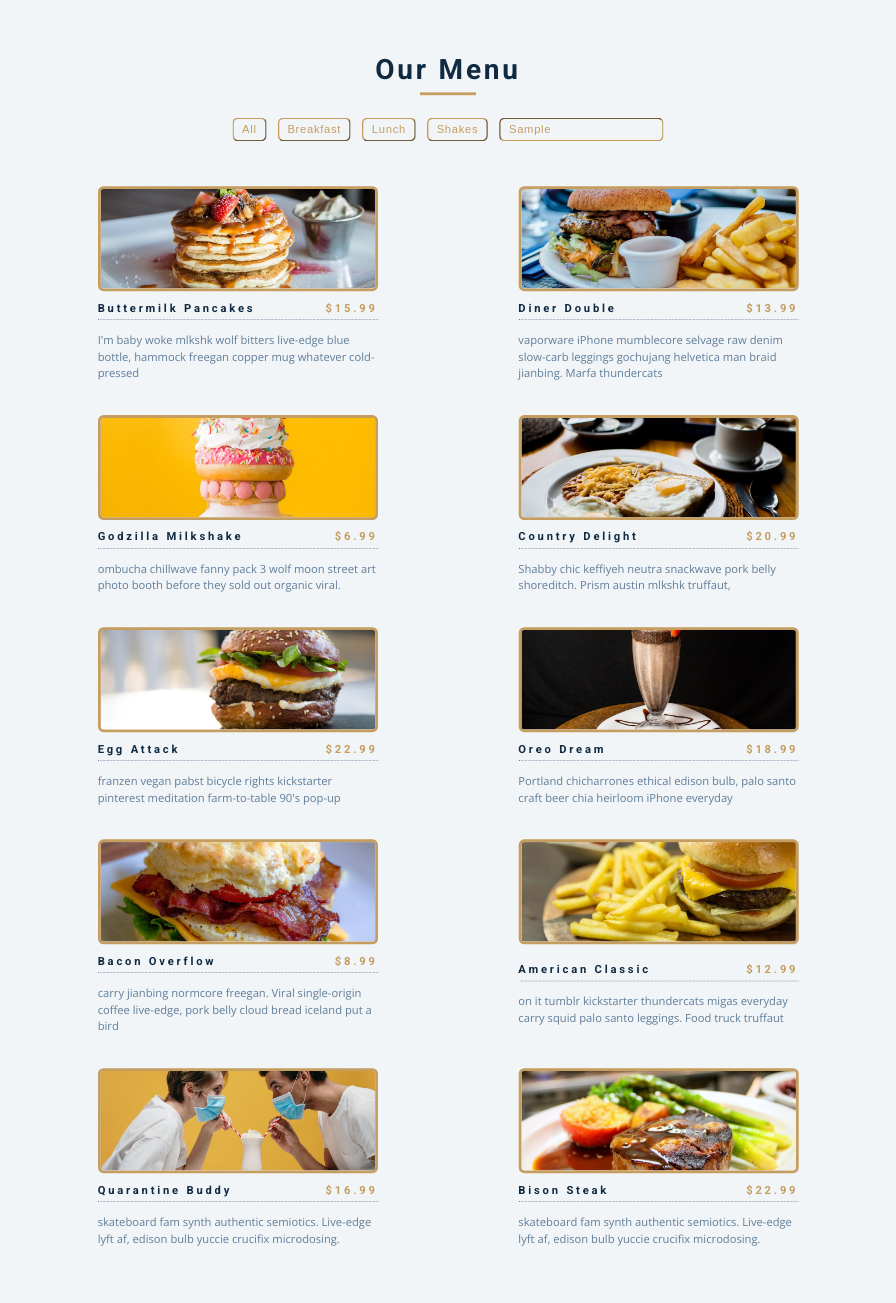
Repository: Hasmik-icml/menuFilter
Page: index.html
These files come from the project's save history. The page is drawn as it stood at one moment and after a run of saves; the edit follows.
The browser window is 1280 px wide. The pictures show the whole page, at 70% of full size.
Empty fields were first filled with sample values (such as "Sample", 5 or name@example.com).
After loading, the first visible `#filterInput` was changed once.
Some web libraries are served in a nearby version.

Above is the page before, as saved 2022-02-15 22:21:02.
Console error: ReferenceError: filteredMenuByWord is not defined

### index.html
<!DOCTYPE html>
<html lang="en">
  <head>
    <meta charset="UTF-8" />
    <meta name="viewport" content="width=device-width, initial-scale=1.0" />
    <title>Starter</title>
    <!-- font-awesome -->
    <link
      rel="stylesheet"
      href="https://cdnjs.cloudflare.com/ajax/libs/font-awesome/5.14.0/css/all.min.css"
    />
    <!-- styles -->
    <link rel="stylesheet" href="styles.css" />
  </head>
  <body>
    <section class="menu">
      <!-- title -->
      <div class="title">
        <h2>our menu</h2>
        <div class="underline"></div>
      </div>
      <!-- filter buttons -->
      <div class="btn-container">
        <!-- <button type="button" class="filter-btn" data-id="all">all</button>
          <button type="button" class="filter-btn" data-id="breakfast">
            breakfast
          </button>
          <button type="button" class="filter-btn" data-id="lunch">lunch</button>
          <button type="button" class="filter-btn" data-id="shakes">
            shakes
          </button> -->
      </div>
      <!-- menu items -->
      <div class="section-center">
        <!-- single item -->
        <article class="menu-item">
          <img src="./menu-item.jpeg" alt="menu item" class="photo" />
          <div class="item-info">
            <header>
              <h4>buttermilk pancakes</h4>
              <h4 class="price">$15</h4>
            </header>
            <p class="item-text">
              Lorem ipsum dolor sit amet consectetur adipisicing elit.
              Repudiandae, sint quam. Et reprehenderit fugiat nesciunt inventore
              laboriosam excepturi! Quo, officia.
            </p>
          </div>
        </article>
        <!-- end of single item -->
        <!-- single item -->
        <article class="menu-item">
          <img src="./menu-item.jpeg" alt="menu item" class="photo" />
          <div class="item-info">
            <header>
              <h4>buttermilk pancakes</h4>
              <h4 class="price">$15</h4>
            </header>
            <p class="item-text">
              Lorem ipsum dolor sit amet consectetur adipisicing elit.
              Repudiandae, sint quam. Et reprehenderit fugiat nesciunt inventore
              laboriosam excepturi! Quo, officia.
            </p>
          </div>
        </article>
        <!-- end of single item -->
        <!-- single item -->
        <article class="menu-item">
          <img src="./menu-item.jpeg" alt="menu item" class="photo" />
          <div class="item-info">
            <header>
              <h4>buttermilk pancakes</h4>
              <h4 class="price">$15</h4>
            </header>
            <p class="item-text">
              Lorem ipsum dolor sit amet consectetur adipisicing elit.
              Repudiandae, sint quam. Et reprehenderit fugiat nesciunt inventore
              laboriosam excepturi! Quo, officia.
            </p>
          </div>
        </article>
        <!-- end of single item -->
      </div>
    </section>
    <!-- javascript -->
    <script type="module" src="./app.js"></script>
  </body>
</html>

### styles.css
/*
===============
Fonts
===============
*/
@import url("https://fonts.googleapis.com/css?family=Open+Sans|Roboto:400,700&display=swap");

/*
===============
Variables
===============
*/

:root {
  /* dark shades of primary color*/
  --clr-primary-1: hsl(205, 86%, 17%);
  --clr-primary-2: hsl(205, 77%, 27%);
  --clr-primary-3: hsl(205, 72%, 37%);
  --clr-primary-4: hsl(205, 63%, 48%);
  /* primary/main color */
  --clr-primary-5: #49a6e9;
  /* lighter shades of primary color */
  --clr-primary-6: hsl(205, 89%, 70%);
  --clr-primary-7: hsl(205, 90%, 76%);
  --clr-primary-8: hsl(205, 86%, 81%);
  --clr-primary-9: hsl(205, 90%, 88%);
  --clr-primary-10: hsl(205, 100%, 96%);
  /* darkest grey - used for headings */
  --clr-grey-1: hsl(209, 61%, 16%);
  --clr-grey-2: hsl(211, 39%, 23%);
  --clr-grey-3: hsl(209, 34%, 30%);
  --clr-grey-4: hsl(209, 28%, 39%);
  /* grey used for paragraphs */
  --clr-grey-5: hsl(210, 22%, 49%);
  --clr-grey-6: hsl(209, 23%, 60%);
  --clr-grey-7: hsl(211, 27%, 70%);
  --clr-grey-8: hsl(210, 31%, 80%);
  --clr-grey-9: hsl(212, 33%, 89%);
  --clr-grey-10: hsl(210, 36%, 96%);
  --clr-white: #fff;
  --clr-red-dark: hsl(360, 67%, 44%);
  --clr-red-light: hsl(360, 71%, 66%);
  --clr-green-dark: hsl(125, 67%, 44%);
  --clr-green-light: hsl(125, 71%, 66%);
  --clr-gold: #c59d5f;
  --clr-black: #222;
  --ff-primary: "Roboto", sans-serif;
  --ff-secondary: "Open Sans", sans-serif;
  --transition: all 0.3s linear;
  --spacing: 0.25rem;
  --radius: 0.5rem;
  --light-shadow: 0 5px 15px rgba(0, 0, 0, 0.1);
  --dark-shadow: 0 5px 15px rgba(0, 0, 0, 0.2);
  --max-width: 1170px;
  --fixed-width: 620px;
}
/*
===============
Global Styles
===============
*/

*,
::after,
::before {
  margin: 0;
  padding: 0;
  box-sizing: border-box;
}
body {
  font-family: var(--ff-secondary);
  background: var(--clr-grey-10);
  color: var(--clr-grey-1);
  line-height: 1.5;
  font-size: 0.875rem;
}
ul {
  list-style-type: none;
}
a {
  text-decoration: none;
}
img:not(.logo) {
  width: 100%;
}
img {
  display: block;
}

h1,
h2,
h3,
h4 {
  letter-spacing: var(--spacing);
  text-transform: capitalize;
  line-height: 1.25;
  margin-bottom: 0.75rem;
  font-family: var(--ff-primary);
}
h1 {
  font-size: 3rem;
}
h2 {
  font-size: 2rem;
}
h3 {
  font-size: 1.25rem;
}
h4 {
  font-size: 0.875rem;
}
p {
  margin-bottom: 1.25rem;
  color: var(--clr-grey-5);
}
@media screen and (min-width: 800px) {
  h1 {
    font-size: 4rem;
  }
  h2 {
    font-size: 2.5rem;
  }
  h3 {
    font-size: 1.75rem;
  }
  h4 {
    font-size: 1rem;
  }
  body {
    font-size: 1rem;
  }
  h1,
  h2,
  h3,
  h4 {
    line-height: 1;
  }
}
/*  global classes */

.btn {
  text-transform: uppercase;
  background: transparent;
  color: var(--clr-black);
  padding: 0.375rem 0.75rem;
  letter-spacing: var(--spacing);
  display: inline-block;
  transition: var(--transition);
  font-size: 0.875rem;
  border: 2px solid var(--clr-black);
  cursor: pointer;
  box-shadow: 0 1px 3px rgba(0, 0, 0, 0.2);
  border-radius: var(--radius);
}
.btn:hover {
  color: var(--clr-white);
  background: var(--clr-black);
}
/* section */
.section {
  padding: 5rem 0;
}

main {
  min-height: 100vh;
  display: grid;
  place-items: center;
}
/*
===============
Menu
===============
*/

.menu {
  padding: 5rem 0;
}
.title {
  text-align: center;
  margin-bottom: 2rem;
}
.underline {
  width: 5rem;
  height: 0.25rem;
  background: var(--clr-gold);
  margin-left: auto;
  margin-right: auto;
}
.btn-container {
  margin-bottom: 4rem;
  display: flex;
  justify-content: center;
}
.filter-btn {
  background: transparent;
  border-color: var(--clr-gold);
  font-size: 1rem;
  text-transform: capitalize;
  margin: 0 0.5rem;
  letter-spacing: 1px;
  border-radius: var(--radius);
  padding: 0.375rem 0.75rem;
  color: var(--clr-gold);
  cursor: pointer;
  transition: var(--transition);
}
.filter-btn:hover {
  background: var(--clr-gold);
  color: var(--clr-white);
}
.section-center {
  width: 90vw;
  margin: 0 auto;
  max-width: 1170px;
  display: grid;
  gap: 3rem 2rem;
  justify-items: center;
}
.menu-item {
  display: grid;
  gap: 1rem 2rem;
  max-width: 25rem;
}
.photo {
  object-fit: cover;
  height: 200px;
  border: 0.25rem solid var(--clr-gold);
  border-radius: var(--radius);
}
.item-info header {
  display: flex;
  justify-content: space-between;
  border-bottom: 0.5px dotted var(--clr-grey-5);
}
.item-info h4 {
  margin-bottom: 0.5rem;
}
.price {
  color: var(--clr-gold);
}
.item-text {
  margin-bottom: 0;
  padding-top: 1rem;
}
#filterInput{
  background: transparent;
  border-color: var(--clr-gold);
  font-size: 1rem;
  text-transform: capitalize;
  margin: 0 0.5rem;
  letter-spacing: 1px;
  border-radius: var(--radius);
  padding: 0.375rem 0.75rem;
  color: var(--clr-gold);
  cursor: pointer;
  transition: var(--transition);
}
}
@media screen and (min-width: 768px) {
  .menu-item {
    grid-template-columns: 225px 1fr;
    gap: 0 1.25rem;
    max-width: 40rem;
  }
  .photo {
    height: 175px;
  }
}
@media screen and (min-width: 1200px) {
  .section-center {
    width: 95vw;
    grid-template-columns: 1fr 1fr;
  }
  .photo {
    height: 150px;
  }
}

### app.js
import {
  menu
} from "./data.js";

// get parent element
const sectionCenter = document.querySelector(".section-center");
const btnContainer = document.querySelector(".btn-container");



// display all items when page loads
window.addEventListener("DOMContentLoaded", function () {
  displayMenuItems(menu);
  displayMenuButtons();
  filter();
  filterByWord();
});


function displayMenuItems(menuItems) {
  let displayMenu = menuItems.map(function (item) {
    // console.log(item);

    return `<article class="menu-item">
            <img src=${item.img} alt=${item.title} class="photo" />
            <div class="item-info">
              <header>
                <h4>${item.title}</h4>
                <h4 class="price">$${item.price}</h4>
              </header>
              <p class="item-text">
                ${item.desc}
              </p>
            </div>
          </article>`;
  });
  displayMenu = displayMenu.join("");
  // console.log(displayMenu);

  sectionCenter.innerHTML = displayMenu;
}

function displayMenuButtons() {
  btnContainer.innerHTML +=
    `<button type="button" class="filter-btn" data-id="all">all</button>
  <button type="button" class="filter-btn" data-id="breakfast">
    breakfast
  </button>
  <button type="button" class="filter-btn" data-id="lunch">lunch</button>
  <button type="button" class="filter-btn" data-id="shakes">shakes</button>
  <input type="text" class="filterByWord" name="filter" data-id="filterByWord" id="filterInput">`

}


function filter() {
  const btn = document.querySelectorAll(".filter-btn");
  btn.forEach(item => {
    item.addEventListener("click", function () {
      let filterItem = item.getAttribute("data-id");
      if (filterItem !== "all") {
        let filteredMenu = menu.filter(filterByName => {
          return filterByName.category === filterItem;
        })
        displayMenuItems(filteredMenu);
      } else {
        displayMenuItems(menu);
      }
    })
  })
}

function filterByWord() {

  const input = document.querySelector(".filterByWord");
  let searchText = "";
  input.addEventListener("keyup", (e) => {

    searchText = e.target.value;
    let filteredMenuByWord = menu.filter(filterItem => {
      return filterItem.category.indexOf(searchText) !== -1;
    });

  })
  let id;

    if (id !== undefined){
      clearTimeout(id);
    }
    id = setTimeout(() => {
      displayMenuItems(filteredMenuByWord);
    }, 1000);


}

### data.js
export const menu = [
  {
    id: 1,
    title: "buttermilk pancakes",
    category: "breakfast",
    price: 15.99,
    img: "./images/item-1.jpeg",
    desc: `I'm baby woke mlkshk wolf bitters live-edge blue bottle, hammock freegan copper mug whatever cold-pressed `,
  },
  {
    id: 2,
    title: "diner double",
    category: "lunch",
    price: 13.99,
    img: "./images/item-2.jpeg",
    desc: `vaporware iPhone mumblecore selvage raw denim slow-carb leggings gochujang helvetica man braid jianbing. Marfa thundercats `,
  },
  {
    id: 3,
    title: "godzilla milkshake",
    category: "shakes",
    price: 6.99,
    img: "./images/item-3.jpeg",
    desc: `ombucha chillwave fanny pack 3 wolf moon street art photo booth before they sold out organic viral.`,
  },
  {
    id: 4,
    title: "country delight",
    category: "breakfast",
    price: 20.99,
    img: "./images/item-4.jpeg",
    desc: `Shabby chic keffiyeh neutra snackwave pork belly shoreditch. Prism austin mlkshk truffaut, `,
  },
  {
    id: 5,
    title: "egg attack",
    category: "lunch",
    price: 22.99,
    img: "./images/item-5.jpeg",
    desc: `franzen vegan pabst bicycle rights kickstarter pinterest meditation farm-to-table 90's pop-up `,
  },
  {
    id: 6,
    title: "oreo dream",
    category: "shakes",
    price: 18.99,
    img: "./images/item-6.jpeg",
    desc: `Portland chicharrones ethical edison bulb, palo santo craft beer chia heirloom iPhone everyday`,
  },
  {
    id: 7,
    title: "bacon overflow",
    category: "breakfast",
    price: 8.99,
    img: "./images/item-7.jpeg",
    desc: `carry jianbing normcore freegan. Viral single-origin coffee live-edge, pork belly cloud bread iceland put a bird `,
  },
  {
    id: 8,
    title: "american classic",
    category: "lunch",
    price: 12.99,
    img: "./images/item-8.jpeg",
    desc: `on it tumblr kickstarter thundercats migas everyday carry squid palo santo leggings. Food truck truffaut  `,
  },
  {
    id: 9,
    title: "quarantine buddy",
    category: "shakes",
    price: 16.99,
    img: "./images/item-9.jpeg",
    desc: `skateboard fam synth authentic semiotics. Live-edge lyft af, edison bulb yuccie crucifix microdosing.`,
  },
  {
    id: 10,
    title: "bison steak",
    category: "dinner",
    price: 22.99,
    img: "./images/item-10.jpeg",
    desc: `skateboard fam synth authentic semiotics. Live-edge lyft af, edison bulb yuccie crucifix microdosing.`,
  },
];

After the next 5 saves:
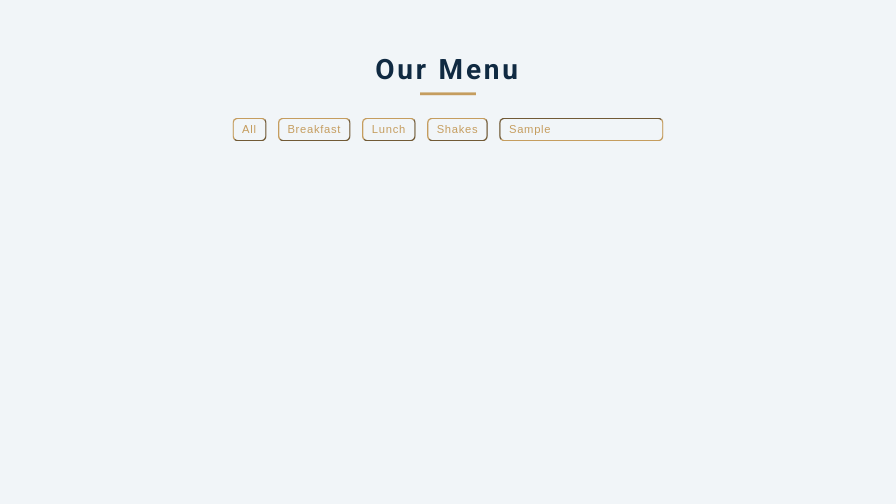
The error is gone.
The 5 saves are shown as one change because they came seconds apart.
The last was saved 2 min 3 s later.
--- a/app.js
+++ b/app.js
@@ -74,22 +74,23 @@ function filterByWord() {
 
   const input = document.querySelector(".filterByWord");
   let searchText = "";
+  let id;
   input.addEventListener("keyup", (e) => {
 
     searchText = e.target.value;
     let filteredMenuByWord = menu.filter(filterItem => {
       return filterItem.category.indexOf(searchText) !== -1;
     });
-
-  })
-  let id;
-
-    if (id !== undefined){
+    if (id !== undefined) {
       clearTimeout(id);
     }
     id = setTimeout(() => {
       displayMenuItems(filteredMenuByWord);
     }, 1000);
 
+  })
+
+
+
 
 }
